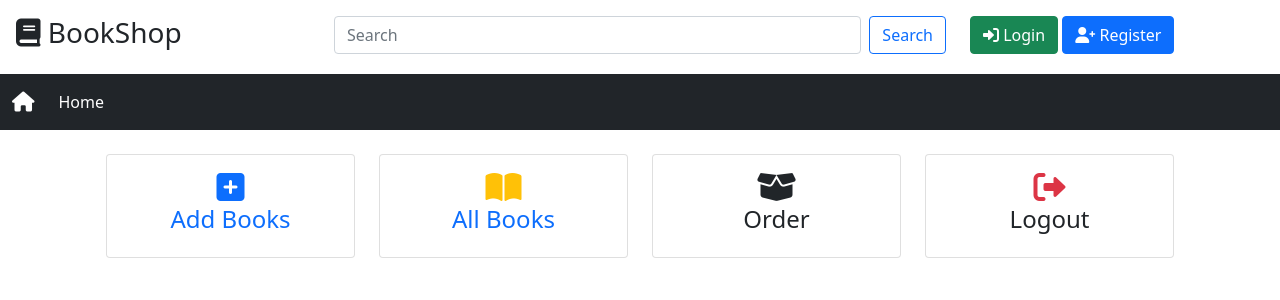
Repository: Abhishekverma23797/BookShopApp
Page: http://localhost/Ebook-App/Admin/home.jsp
An editor plug-in stored every save of this project. The page is shown before and after the next save, followed by the edit.
The browser window is 1280 px wide. The pictures show the whole page.
The page is served by Tomcat 9. Other server files are loaded and not shown.

Above is the page before, as saved 2021-12-09 09:13:30.

### Ebook-App/src/main/webapp/Admin/home.jsp
<%@ page language="java" contentType="text/html; charset=ISO-8859-1"
	pageEncoding="ISO-8859-1"%>
<%@ taglib prefix="c" uri="http://java.sun.com/jsp/jstl/core"%>
<%@page isELIgnored="false"%>
<!DOCTYPE html>
<html>
<head>
<meta charset="ISO-8859-1">

<style type="text/css">
a:link {
	text-decoration: none;
}
</style>
<title>Admin</title>
<%@include file="AllCss.jsp"%>
</head>
<body>
	<%@include file="navbar.jsp"%>

	<div class="container">

		<div class="row p-4">

			<div class="col-md-3">
				<!-- Add Books -->
				<a href="add_books.jsp">
					<div class="card">
						<div class="card-body text-center">
							<i class="fas fa-plus-square fa-2x text-primary"></i><br>
							<h4>Add Books</h4>
						</div>
				</a>
			</div>

		</div>

		<div class="col-md-3">
			<!-- All Books -->
			<a href="all_books.jsp">
			<div class="card">
				<div class="card-body text-center">
					<i class="fas fa-book-open fa-2x text-warning"></i>
					<h4>All Books</h4>
				</div>
			</div>
			</a>

		</div>

		<div class="col-md-3">
			<!-- Order book -->
			<div class="card">
				<div class="card-body text-center">
					<i class="fas fa-box-open fa-2x"></i>
					<h4>Order</h4>
				</div>
			</div>

		</div>

		<div class="col-md-3">
			<!--Log Out -->
			<div class="card">
				<div class="card-body text-center">
					<i class="fas fa-sign-out-alt fa-2x text-danger"></i>
					<h4>Logout</h4>
				</div>
			</div>

		</div>
	</div>

	</div>

</body>
</html>

### Ebook-App/src/main/webapp/Admin/AllCss.jsp
<!-- CSS only -->
<link
	href="https://cdn.jsdelivr.net/npm/bootstrap@5.1.3/dist/css/bootstrap.min.css"
	rel="stylesheet"
	integrity="sha384-1BmE4kWBq78iYhFldvKuhfTAU6auU8tT94WrHftjDbrCEXSU1oBoqyl2QvZ6jIW3"
	crossorigin="anonymous">


<!-- JavaScript Bundle with Popper -->
<script
	src="https://cdn.jsdelivr.net/npm/bootstrap@5.1.3/dist/js/bootstrap.bundle.min.js"
	integrity="sha384-ka7Sk0Gln4gmtz2MlQnikT1wXgYsOg+OMhuP+IlRH9sENBO0LRn5q+8nbTov4+1p"
	crossorigin="anonymous"></script>


<link rel="stylesheet"
	href="https://cdnjs.cloudflare.com/ajax/libs/font-awesome/6.0.0-beta3/css/all.min.css"
	integrity="sha512-Fo3rlrZj/k7ujTnHg4CGR2D7kSs0v4LLanw2qksYuRlEzO+tcaEPQogQ0KaoGN26/zrn20ImR1DfuLWnOo7aBA=="
	crossorigin="anonymous" referrerpolicy="no-referrer" />

<link rel="stylesheet" href="style.css">

### Ebook-App/src/main/webapp/Admin/navbar.jsp

<div class="container-fluid p-3">


	<div class="row">

		<div class="col-md-3">

			<h3>

				<i class="fas fa-book"></i> BookShop
			</h3>
		</div>

		<div class="col-md-6">
			<form class="d-flex">
				<input class="form-control me-2 my-lg-0" type="search"
					placeholder="Search" aria-label="Search">
				<button class="btn btn-outline-primary" type="submit">Search</button>
			</form>
		</div>

		<div class="col-md-3">

			<a href="Login.jsp" class="btn btn-success "><i
				class="fas fa-sign-in-alt"></i> Login</a> <a href="Register.jsp"
				class="btn btn-primary"><i class="fas fa-user-plus"></i>
				Register</a>

		</div>

	</div>

</div>
<nav class="navbar navbar-expand-lg navbar-dark bg-dark bg-custom">
	<div class="container-fluid">
		<a class="navbar-brand" href="#"><i class="fas fa-home"></i></a>
		<button class="navbar-toggler" type="button" data-bs-toggle="collapse"
			data-bs-target="#navbarSupportedContent"
			aria-controls="navbarSupportedContent" aria-expanded="false"
			aria-label="Toggle navigation">
			<span class="navbar-toggler-icon"></span>
		</button>
		<div class="collapse navbar-collapse" id="navbarSupportedContent">
			<ul class="navbar-nav me-auto mb-2 mb-lg-0">
				<li class="nav-item"><a class="nav-link active"
					aria-current="page" href="#"> Home</a></li>

				</form>
		</div>
	</div>
</nav>

### Ebook-App/src/main/webapp/Admin/style.css

.bg-custom{

	background-color: #303f9f;
}

.navbar .nav-item:hover  {

	background-color: black;
	color: blue;
	border-radius: 20px

}

After the next save:
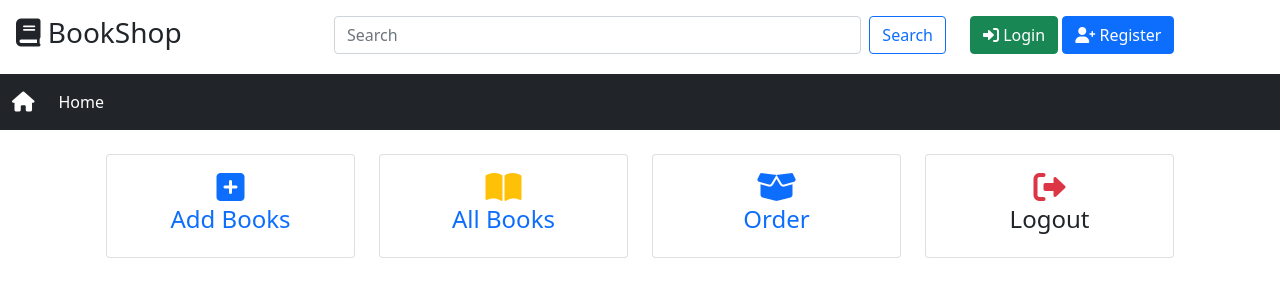
Saved 90 s later.
--- a/Ebook-App/src/main/webapp/Admin/home.jsp
+++ b/Ebook-App/src/main/webapp/Admin/home.jsp
@@ -50,12 +50,14 @@ a:link {
 
 		<div class="col-md-3">
 			<!-- Order book -->
+			<a href="all_books.jsp">
 			<div class="card">
 				<div class="card-body text-center">
 					<i class="fas fa-box-open fa-2x"></i>
 					<h4>Order</h4>
 				</div>
 			</div>
+			</a>
 
 		</div>
 
